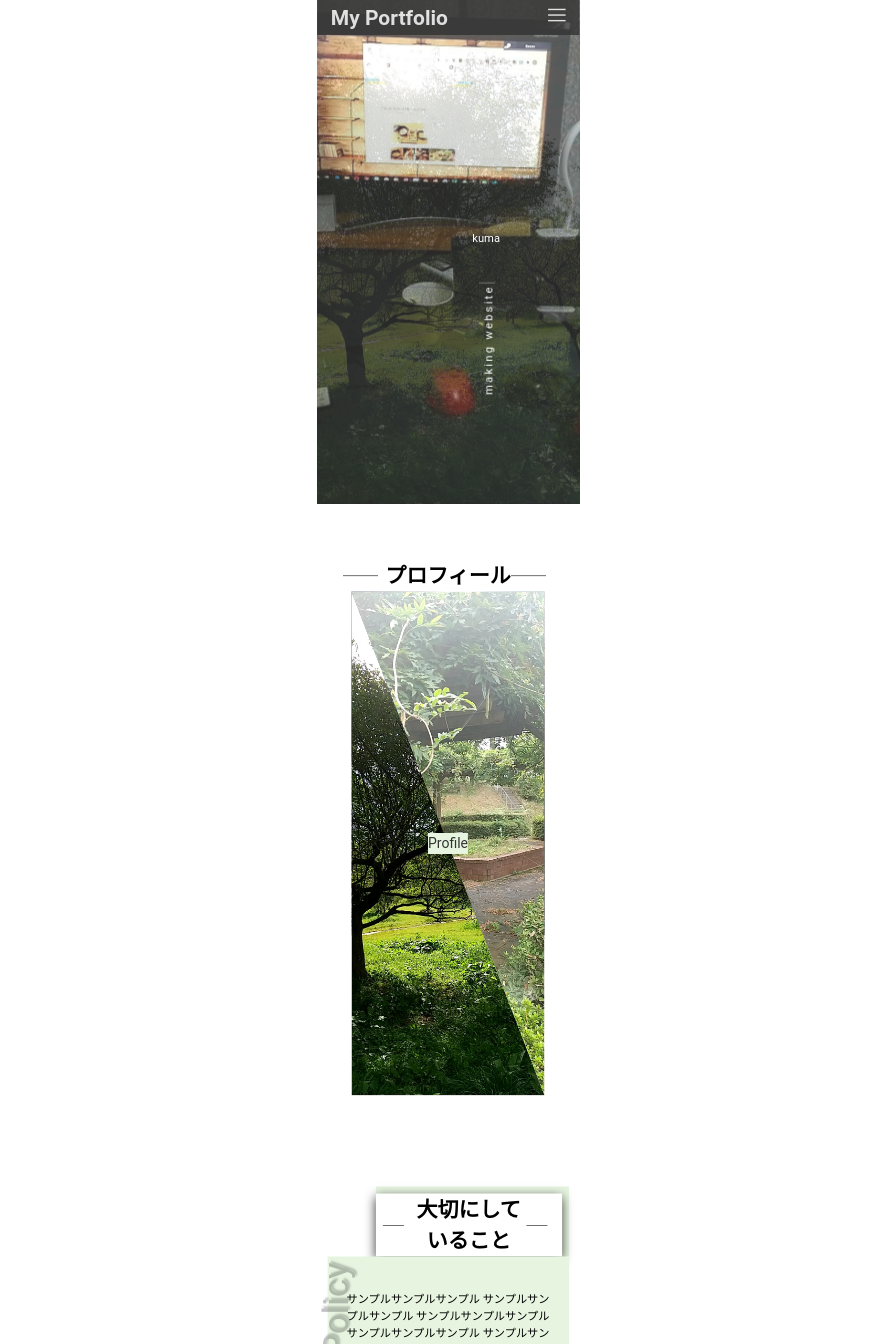
Repository: ppmp556/portfolio6
Page: index copy.html
These files come from the project's save history. The page is drawn as it stood at one moment and after the next save; the edit follows.
The browser window is 1280 px wide. The pictures show the part of the page from y = 0 to 1920 px (the page is 4078 px tall), at 70% of full size.
Some web libraries are served in a nearby version. The style sheet was rebuilt from its Sass, Less or Tailwind sources for each picture, by a compiler version that may differ from the author's.

Above is the page before, as saved 2020-10-22 16:56:46.

After the next save:
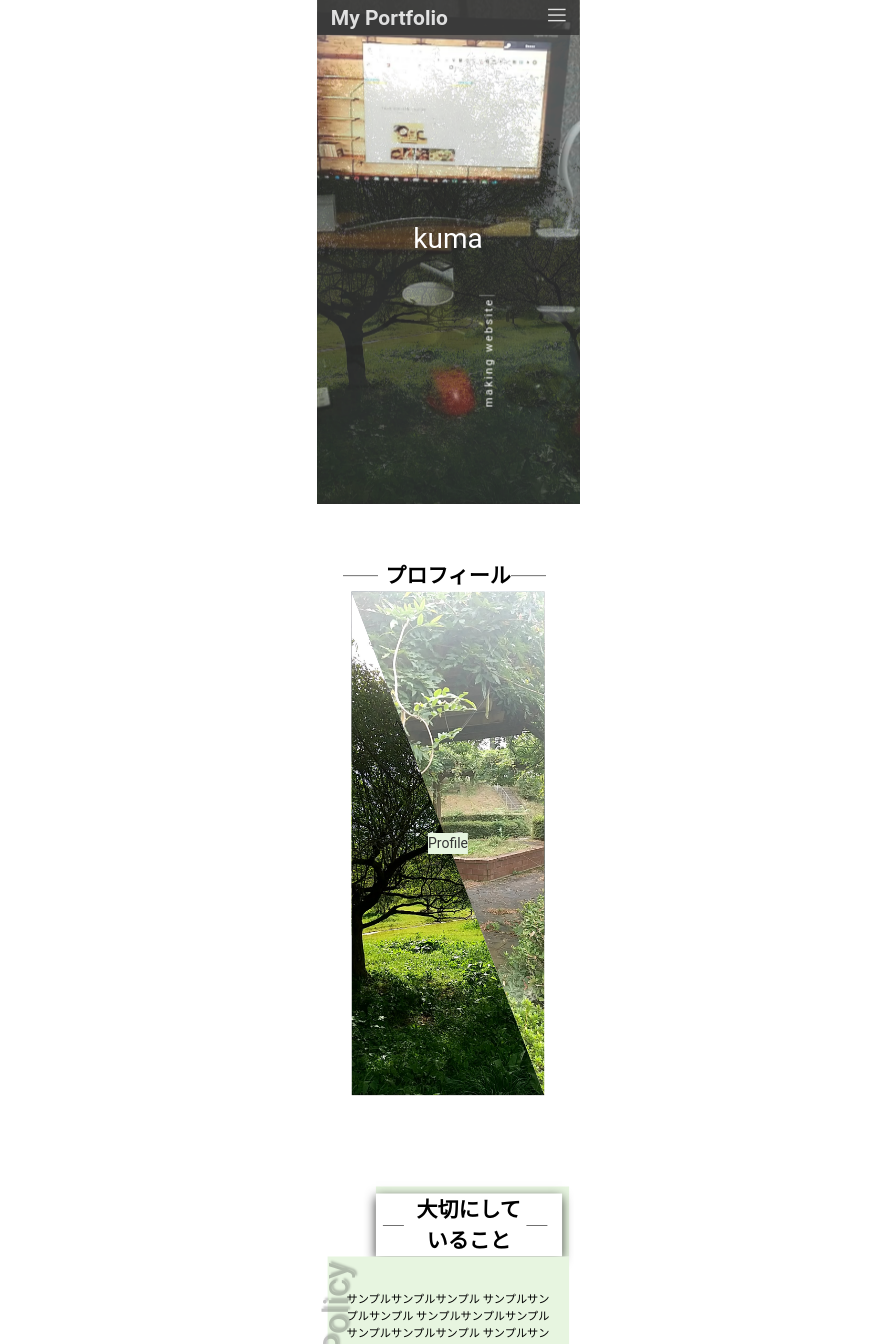
Saved 8 s later.
--- a/index copy.html
+++ b/index copy.html
@@ -30,7 +30,7 @@
           <!-- <div class="kv_wrapper line"> -->
             <div class="kv_txtbox">
 
-              <p class="kv_ttl line">
+              <p class="kv_ttl">
                 kuma
                   <!-- ポートフォリオ<span class="line_type">|</span> -->
               </p><!-- /.kv_animetype -->
